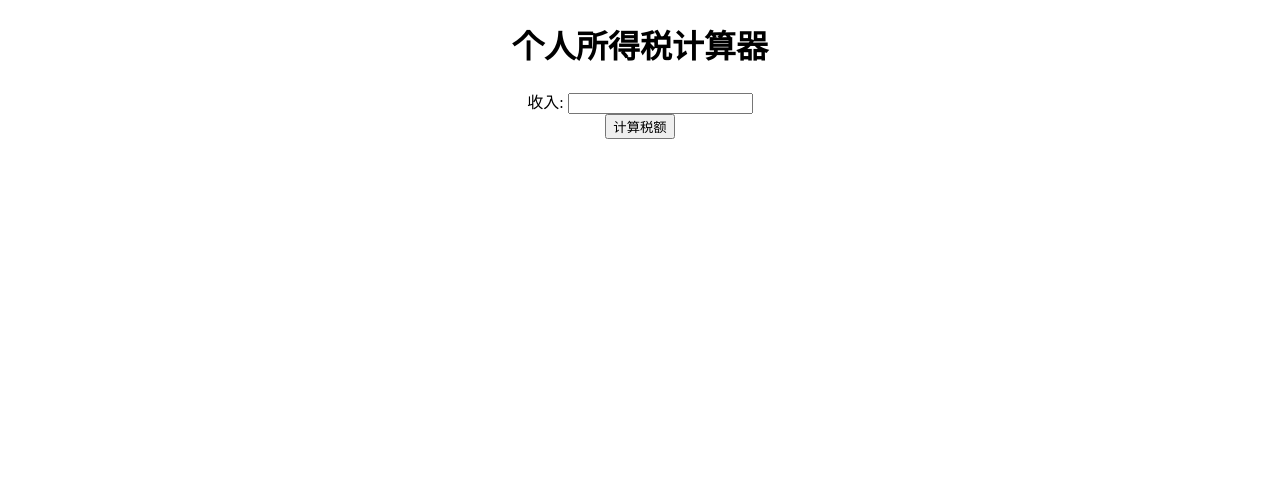
Repository: MarchRory/software_architecture_lab4
Page: taxService/tax/template/taxCaculator.html
These files come from the project's save history. The page is drawn as it stood at one moment and after the next save; the edit follows.
The browser window is 1280 px wide. The pictures show the whole page.

Above is the page before, as saved 2023-11-19 11:06:30.

After the next save:
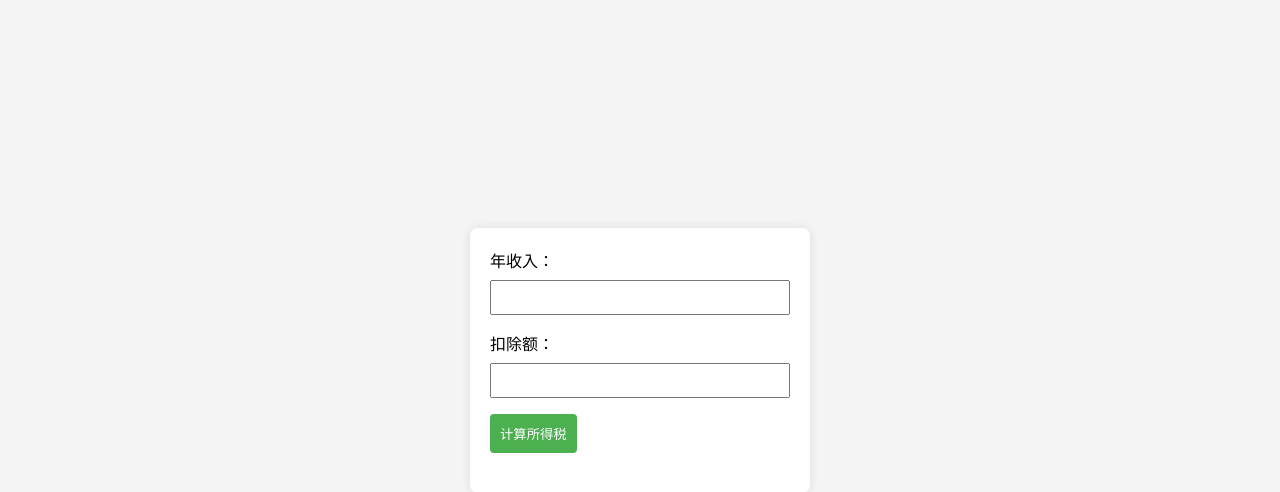
Saved 2 min 42 s later.
--- a/taxService/tax/template/taxCaculator.html
+++ b/taxService/tax/template/taxCaculator.html
@@ -1,49 +1,95 @@
 <!DOCTYPE html>
-<html>
+<html lang="en">
 <head>
-  <title>个人所得税计算器</title>
-  <script>
-    function calculateTax() {
-      // 获取收入输入框的值
-      var income = document.getElementById("income").value;
+    <meta charset="UTF-8">
+    <meta name="viewport" content="width=device-width, initial-scale=1.0">
+    <title>个人所得税计算器</title>
+    <style>
+        body {
+            font-family: Arial, sans-serif;
+            background-color: #f4f4f4;
+            margin: 0;
+            padding: 0;
+            display: flex;
+            align-items: center;
+            justify-content: center;
+            height: 100vh;
+        }
 
-      // 定义税率和扣除数
-      var taxBrackets = [0, 36000, 144000, 252000, 360000, 660000, 960000];
-      var taxRates = [0, 0.03, 0.1, 0.2, 0.25, 0.3, 0.35, 0.45];
-      var deductions = [0, 2520, 16920, 31920, 52920, 85920, 181920];
+        form {
+            background-color: #fff;
+            border-radius: 8px;
+            box-shadow: 0 0 10px rgba(0, 0, 0, 0.1);
+            padding: 20px;
+            width: 300px;
+        }
 
-      // 计算应税所得额
-      let taxableIncome = income - deductions[6] - 5000 * 12;
+        label {
+            display: block;
+            margin-bottom: 8px;
+        }
 
+        input {
+            width: 100%;
+            padding: 8px;
+            margin-bottom: 16px;
+            box-sizing: border-box;
+        }
 
-      // 计算税额
-      let  tax = 0;
-      for (var i = 0; i < taxBrackets.length - 1; i++) {
-        debugger
-        if (taxableIncome <= taxBrackets[i]) {
-          tax = taxableIncome * taxRates[i];
-          console.log(taxableIncome , taxRates[i], tax)
-          break;
-        } else {
-          tax += (taxBrackets[i] - taxBrackets[i - 1]) * taxRates[i];
+        button {
+            background-color: #4caf50;
+            color: #fff;
+            border: none;
+            padding: 10px;
+            border-radius: 4px;
+            cursor: pointer;
         }
-      }
-      console.log(tax)
-      // 显示结果
-      document.getElementById("tax").innerHTML = "税额: " + tax.toFixed(2);
-    }
-  </script>
+
+        button:hover {
+            background-color: #45a049;
+        }
+
+        #result {
+            margin-top: 20px;
+        }
+    </style>
 </head>
-<body align="center">
-  <h1>个人所得税计算器</h1>
+<body>
 
-  <form>
-    <label for="income">收入:</label>
-    <input type="number" id="income" name="income" required>
-    <br>
-    <button type="button" onclick="calculateTax()">计算税额</button>
-  </form>
+    <form id="taxCalculatorForm">
+        <label for="income">年收入：</label>
+        <input type="number" id="income" name="income" required>
 
-  <p id="tax"></p>
+        <label for="deductions">扣除额：</label>
+        <input type="number" id="deductions" name="deductions" required>
+
+        <button type="button" onclick="calculateTax()">计算所得税</button>
+
+        <div id="result"></div>
+    </form>
+
+    <script>
+        function calculateTax() {
+            // 获取输入值
+            var income = parseFloat(document.getElementById('income').value);
+            var deductions = parseFloat(document.getElementById('deductions').value);
+
+            // 执行所得税计算逻辑，这里使用一个简单的计算方式作为示例
+            var taxableIncome = income - deductions;
+            var tax = 0;
+
+            if (taxableIncome <= 5000) {
+                tax = 0.05 * taxableIncome;
+            } else if (taxableIncome <= 10000) {
+                tax = 0.1 * taxableIncome;
+            } else {
+                tax = 0.15 * taxableIncome;
+            }
+
+            // 显示计算结果
+            document.getElementById('result').innerHTML = '应缴所得税：' + tax.toFixed(2) + ' 元';
+        }
+    </script>
+
 </body>
 </html>
